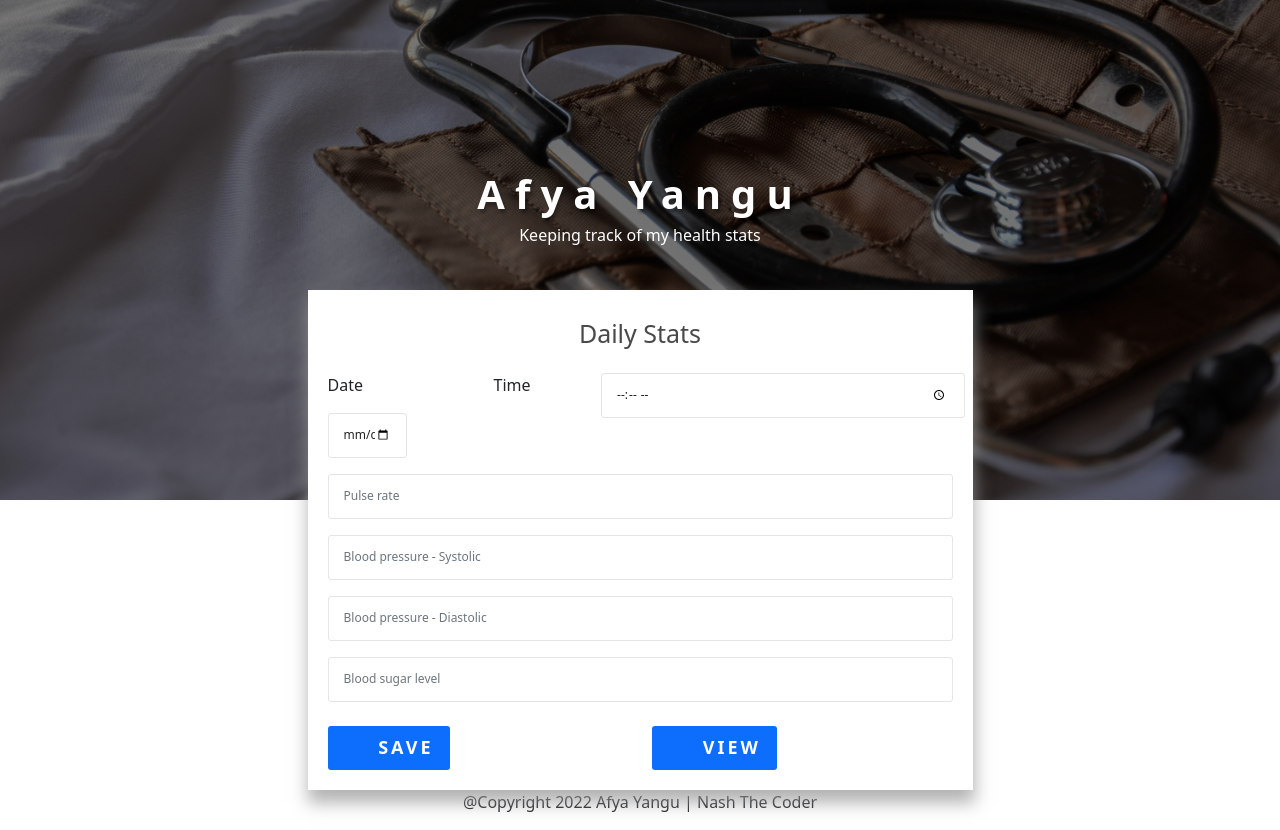
Repository: nashthecoder/afya_yangu
Page: /
An editor plug-in stored every save of this project. The page is shown before and after the next save, followed by the edit.
The browser window is 1280 px wide. The pictures show the whole page.
The project was rebuilt for these pictures with package versions that can differ from the ones it lists, and the page was loaded fresh each time.

Above is the page before, as saved 2022-02-27 16:29:59.

### src/App.js
import React from 'react'
import Banner from './components/Banner'
import Form from './components/Form'
import Footer from './components/Footer'
function App() {
  return (
    <div className="App">
      <Banner />
      <Form />
      <Footer />
    </div>
  );
}

export default App;

### src/style.scss
@import '../node_modules/bootstrap/scss/bootstrap.scss';
/*********************************************/
/*             GENERAL CSS              */
/*********************************************/

body {
    width: 100%;
    position: relative;
}

p.main-form-text {
    font-size: 25px !important;
    font-weight: 500;
    color: #494949;
}

h3 {
    font-size: 40px;
    letter-spacing: 10px;
    font-weight: bold;
}

h4 {
    font-size: 16px;
}

img {
    width: 100%;
    height: 100%;
}

form {
    position: relative;
}

/*********************************************/
/*              UTILITY CSS             */
/*********************************************/

input,
input.form-control {
    color: #222;
    font-size: 12px;
    background: $white;
    padding: 0 15px;
    width: 100%;
    height: 45px;
    line-height: 46px;
    outline: none;
    border: 1px solid #e5e5e5;
    border-radius: 3px;
    box-shadow: none;
    transition: all 0.3s;
}

input.form-control-short {
    color: #222;
    font-size: 12px;
    background: $white;
    padding: 0 15px;
    width: 56%;
    height: 45px;
    line-height: 46px;
    outline: none;
    border: 1px solid #e5e5e5;
    border-radius: 3px;
    box-shadow: none;
    transition: all 0.3s;
}

.btn-primary {
    font-weight: 600;
    font-size: 18px;
    cursor: pointer;
    display: inline-block;
    text-transform: uppercase;
    border: none;
    color: $white;
    border-radius: 3px;
    transition: all 0.3s;
    letter-spacing: 3px;
}

.btn-primary:hover,
.btn-primary:focus {
    background-color: #2b2b2b;
}

.banner {
    background-image: url("./images/bg.jpg");
    min-height: 500px;
    padding: 40px 0px;
    position: relative;
    background-position: center center;
    background-size: cover;
    background-repeat: no-repeat;
}

.banner::before {
    content: "";
    width: 100%;
    height: 100%;
    opacity: 0.5;
    background-color: #000;
    position: absolute;
    top: 0;
}

.brand {
    text-shadow: 2px 4px 3px rgba(0, 0, 0, 0.3);
}

.caption-text {
    margin-top: 130px;
    color: $white;
    position: relative;
}

/*********************************************/
/*              BANNER CSS              */
/*********************************************/

.banner {
    background-image: url("./images/bg.jpg");
    min-height: 500px;
    padding: 40px 0px;
    position: relative;
    background-position: center center;
    background-size: cover;
    background-repeat: no-repeat;
}

.banner::before {
    content: "";
    width: 100%;
    height: 100%;
    opacity: 0.5;
    background-color: #000;
    position: absolute;
    top: 0;
}

.brand {
    text-shadow: 2px 4px 3px rgba(0, 0, 0, 0.3);
}

.caption-text {
    margin-top: 130px;
    color: $white;
    position: relative;
}

/*********************************************/
/*              FORM CSS                "/
/*********************************************/

.form-box #box-title {
    position: relative;
    padding: 10px;
    text-align: center;
}

.form-box #box-title p {
    margin-bottom: 0;
    font-size: 14px;
}

.fill-form {
    position: relative;
    margin: -210px auto 0px auto;
    box-shadow: 1px 12px 16px 1px rgba(153, 153, 153, 0.75);
    -webkit-box-shadow: 1px 12px 16px 1px rgba(153, 153, 153, 0.75);
    -moz-box-shadow: 1px 12px 16px 1px rgba(153, 153, 153, 0.75);
}

.fill-form .form-box__img {
    background-color: transparent;
}

.fill-form .form-box__content {
    padding: 20px;
    background-color: $white;
}

/*********************************************/
/*               FOOTER CSS                  "/
/*********************************************/

footer p {
    margin: 55px 0px 60px 0px;
    font-size: 17px;
    font-weight: 600;
    color: transparent;
    -webkit-background-clip: text;
    -moz-background-clip: text;
    background-clip: text;
}

/*********************************************/
/*              MEDIA QUERIES CSS           "/
/*********************************************/

@media only screen and (min-width: 994px) and (max-width: 1398px) and (-webkit-min-device-pixel-ratio: 1) {
    .form-box #box-title {
        padding: 5px 20px 20px 20px;
    }
}

@media only screen and (min-width: 767px) and (max-width: 1196px) and (-webkit-min-device-pixel-ratio: 1) {
    .form-box #box-title {
        padding: 0px;
    }
    .fill-form .form-box__content {
        padding: 50px 50px 60px 50px;
    }
}

@media only screen and (min-width: 500px) and (max-width: 766px) and (-webkit-min-device-pixel-ratio: 1) {
    .form-box #box-title {
        padding: 0px;
    }
    .fill-form .form-box__content {
        padding: 50px 50px 60px 50px;
    }
    h3.brand {
        font-size: 30px;
    }
    .caption-text h4 {
        font-size: 14px;
    }
    .caption-text {
        margin-top: 110px;
    }
    footer {
        margin-bottom: 30px;
    }
    .form-box__img {
        display: none;
    }
}

@media only screen and (min-width: 360px) and (max-width: 499px) and (-webkit-min-device-pixel-ratio: 1) {
    .caption-text {
        margin-top: 30px;
    }
    h3.brand {
        font-size: 19px;
    }
    .banner {
        min-height: 400px;
    }
    .form-box__img {
        display: none;
    }
    footer {
        margin-bottom: 10px;
    }
}

@media only screen and (max-width: 359px) {
    .caption-text {
        margin-top: 30px;
    }
    h3.brand {
        font-size: 17px;
    }
    .caption-text h4 {
        font-size: 12px;
    }
    .banner {
        min-height: 400px;
    }
    .form-box__img {
        display: none;
    }
    .form-box #box-title {
        padding: 0px 30px 30px;
    }
}

### src/components/Banner.js
import React from 'react'

const Banner = () => {
    return (
        <>
        <header>
            <div className="banner">
                <div className="container">
                    <div className="row">
                        <div className="col-lg-9 offset-lg-3 mx-auto">
                            <div className="caption-text text-center">
                                <h3 className="brand">Afya Yangu</h3>
                                <h4> Keeping track of my health stats</h4>
                            </div>
                        </div>
                    </div>
                </div>
            </div>
        </header>
        </>
    )
}

export default Banner

### src/components/Form.js
import React from 'react'

const Form = () => {
    return (
        <>
        <section>
            <div className="container">
                <div className="row">
                <div className="col-lg-7 offset-lg-2 g-0 mx-auto">
                    <div className="fill-form form-box">
                            <div className="form-box__content">
                            <div id="box-title">
                                <p className="main-form-text">Daily Stats</p>
                            </div>
                            <form>
                                <div class="row">
                                    <div class="col">
                                        <p>Date</p>
                                        <input
                                            class="form-control-short"
                                            id="date"
                                            name="date"
                                            placeholder="Date"
                                            type="date"
                                        />
                                    </div>
                                    <div class="col">
                                        <p>Time</p>
                                    </div>
                                    <input
                                        class="form-control-short"
                                        id="time"
                                        name="time"
                                        placeholder="Time"
                                        type="time"
                                    />
                                </div>
                                <div className="mt-3">
                                <input
                                    className="form-control"
                                    id="pulse-rate"
                                    name="pulse-rate"
                                placeholder="Pulse rate"
                                    type="number"
                                />
                                </div>
                                <div className="mt-3">
                                    <input
                                        class="form-control"
                                    id="systolic-number"
                                        name="systolic-number"
                                        placeholder="Blood pressure - Systolic"
                                        type="number"
                                    />
                                </div>
                                <div className="mt-3">
                                    <input
                                        className="form-control"
                                        id="diastolic-number"
                                        name="diastolic-number"
                                    placeholder="Blood pressure - Diastolic"
                                        type="number"
                                    />
                                </div>
                                <div className="mt-3">
                                    <input
                                        class="form-control"
                                    id="bloodSugar-level"
                                        name="bloodSugar-level"
                                        placeholder="Blood sugar level"
                                        type="number"
                                    />
                                </div>
                                <div className="d-grid mt-4">
                                <div class="container">
                                    <div class="row row-cols-2">
                                        <div class="col">
                                            <button class="btn btn-primary btn-lg" type="submit" value="Send Now">
                                                <svg
                                                xmlns="http://www.w3.org/2000/svg"
                                                width="27"
                                                height="27"
                                                fill="currentColor"
                                                class="bi bi-mailbox2"
                                                viewBox="0 0 16 16"
                                                >
                                                </svg>{" "}
                                                Save
                                            </button>
                                        </div>
                                        <div class="col">
                                            <button class="btn btn-primary btn-lg" type="submit" value="Send Now">
                                                <svg
                                                xmlns="http://www.w3.org/2000/svg"
                                                width="27"
                                                height="27"
                                                fill="currentColor"
                                                class="bi bi-mailbox2"
                                                viewBox="0 0 16 16"
                                                >
                                                </svg>{" "}
                                                View
                                            </button>
                                        </div>
                                    </div>
                                </div>
                                </div>
                            </form>
                            </div>
                        </div>
                    </div>
                </div>
                </div>
        </section>
        </>
    )
}

export default Form

### src/components/Footer.js
import React from 'react'

const Footer = () => {
    return (
        <>
        <div>
            <p className="footer text-center">@Copyright 2022 Afya Yangu | Nash The Coder</p>
        </div>
        </>
    )
}

export default Footer

Loaded but not shown: public/index.html (common file); src/index.js (common file); src/reportWebVitals.js (common file)

After the next save:
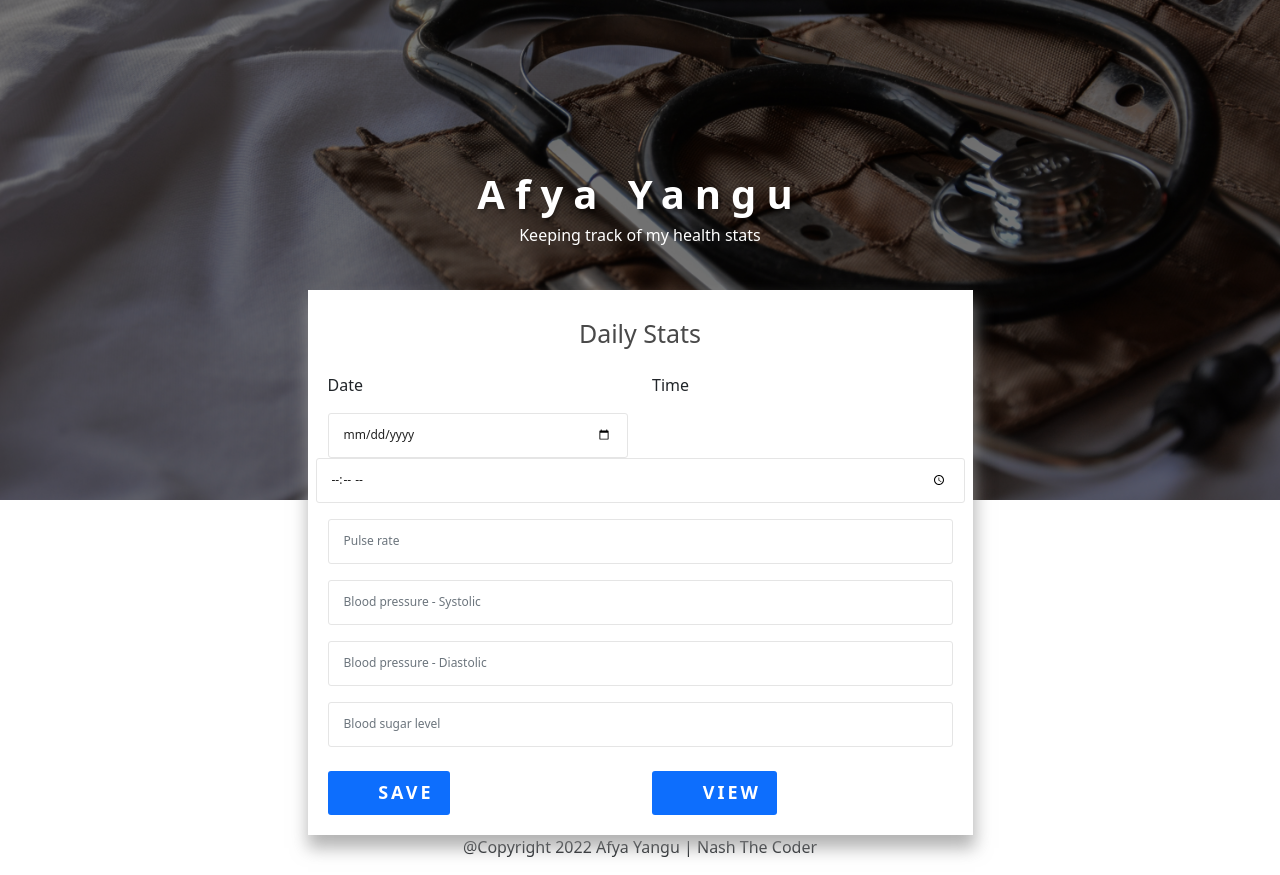
Saved 10 s later.
--- a/src/style.scss
+++ b/src/style.scss
@@ -58,7 +58,7 @@
     font-size: 12px;
     background: $white;
     padding: 0 15px;
-    width: 56%;
+
     height: 45px;
     line-height: 46px;
     outline: none;

After the 3 saves that followed:
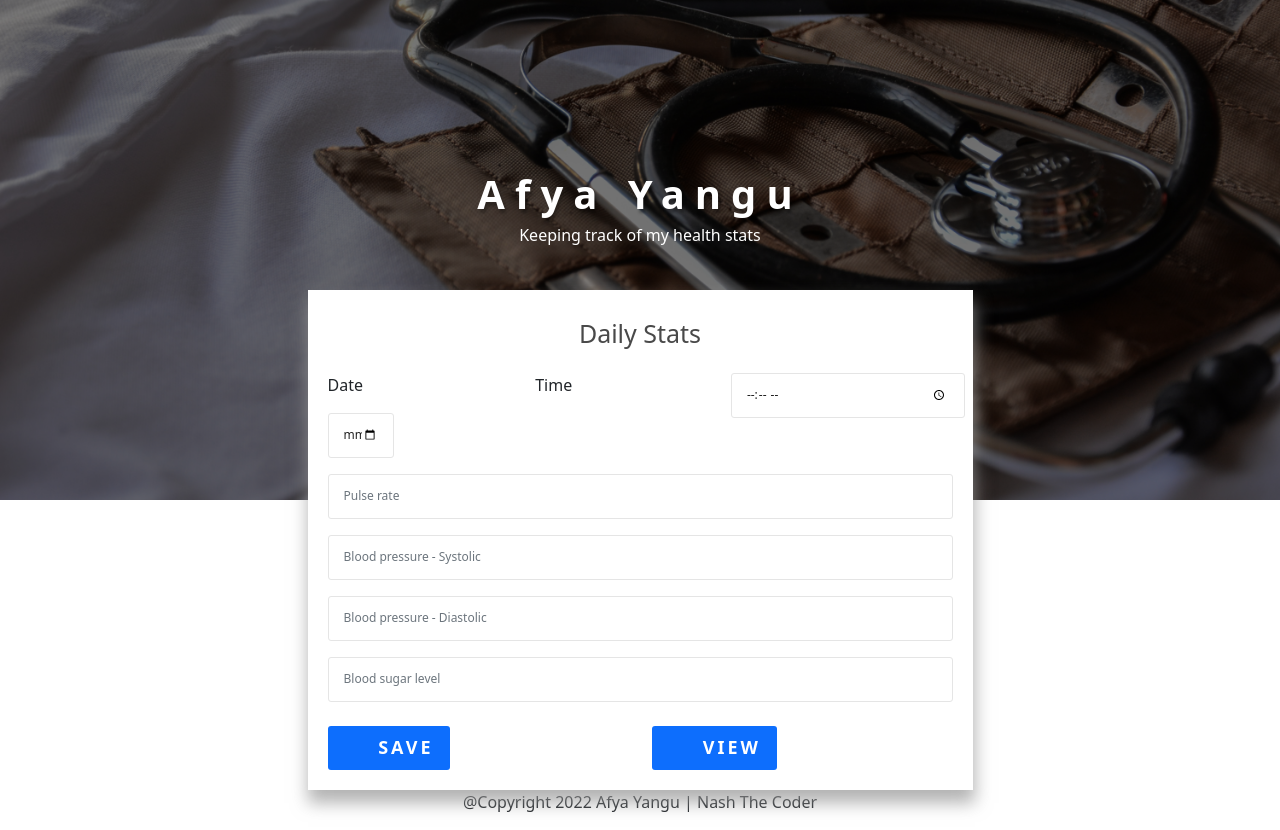
The 3 saves are shown as one change because they came seconds apart.
The last was saved 9 s later.
--- a/src/style.scss
+++ b/src/style.scss
@@ -58,7 +58,7 @@
     font-size: 12px;
     background: $white;
     padding: 0 15px;
-
+    width: 36%;
     height: 45px;
     line-height: 46px;
     outline: none;
